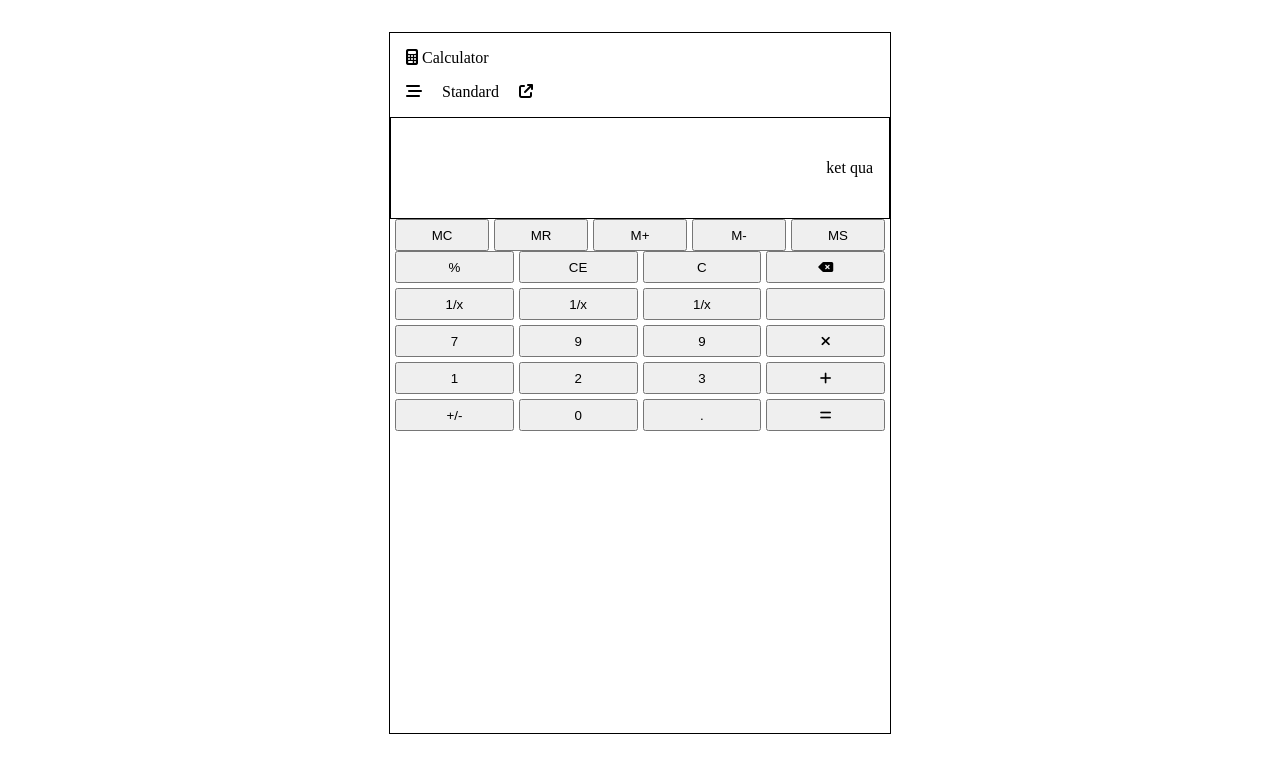
Repository: tungts3qb/Javascript
Page: Calculator/Calculator.html
An editor plug-in stored every save of this project. The page is shown before and after the next save, followed by the edit.
The browser window is 1280 px wide. The pictures show the whole page.

Above is the page before, as saved 2022-12-26 17:00:57.

### Calculator/Calculator.html
<!DOCTYPE html>
<html lang="en">
  <head>
    <meta charset="UTF-8" />
    <meta http-equiv="X-UA-Compatible" content="IE=edge" />
    <meta name="viewport" content="width=device-width, initial-scale=1.0" />
    <link rel="stylesheet" href="./style.css" />
    <link
      rel="stylesheet"
      href="https://cdnjs.cloudflare.com/ajax/libs/font-awesome/6.2.1/css/all.min.css"
      integrity="sha512-MV7K8+y+gLIBoVD59lQIYicR65iaqukzvf/nwasF0nqhPay5w/9lJmVM2hMDcnK1OnMGCdVK+iQrJ7lzPJQd1w=="
      crossorigin="anonymous"
      referrerpolicy="no-referrer"
    />
    <title>Calculator</title>
  </head>
  <body>
    <div class="calculator">
      <div class="calculator-header">
        <i class="fa-solid fa-calculator"></i>
        <span>Calculator</span>
      </div>
      <div class="calculator-nav">
        <i class="fa-solid fa-bars-staggered"></i>
        <span>Standard</span>
        <i class="fa-solid fa-arrow-up-right-from-square"></i>
      </div>
      <div class="caculator-result"><span>ket qua</span></div>
      <div class="calculator-special-function">
        <ul>
          <li><button class="btn-special-fun">MC</button></li>
          <li><button class="btn-special-fun">MR</button></li>
          <li><button class="btn-special-fun">M+</button></li>
          <li><button class="btn-special-fun">M-</button></li>
          <li><button class="btn-special-fun">MS</button></li>
        </ul>
      </div>
      <div class="calculator-buttons">
        <button class="calculator-button">%</button>
        <button class="calculator-button">CE</button>
        <button class="calculator-button">C</button>
        <button class="calculator-button">
          <i class="fa-solid fa-delete-left"></i>
        </button>
        <button class="calculator-button">1/x</button>
        <button class="calculator-button">1/x</button>
        <button class="calculator-button">1/x</button>
        <button class="calculator-button">
          <i class="fas fa-buttonide"></i>
        </button>
        <button class="calculator-button">7</button>
        <button class="calculator-button">9</button>
        <button class="calculator-button">9</button>
        <button class="calculator-button"><i class="fas fa-times"></i></button>
        <button class="calculator-button">1</button>
        <button class="calculator-button">2</button>
        <button class="calculator-button">3</button>
        <button class="calculator-button"><i class="fas fa-plus"></i></button>
        <button class="calculator-button">+/-</button>
        <button class="calculator-button">0</button>
        <button class="calculator-button">.</button>
        <button class="calculator-button"><i class="fas fa-equals"></i></button>
      </div>
    </div>
    <script src="./script.js"></script>
  </body>
</html>

### Calculator/style.css
.calculator {
  width: 500px;
  height: 700px;
  border: 1px solid black;
  margin: 2rem auto;
}

.calculator-header {
  margin-top: 1rem;
  padding-left: 1rem;
}

.calculator-nav {
  padding-left: 1rem;
  margin-top: 1rem;
}

.calculator-nav span {
  margin-left: 1rem;
  margin-right: 1rem;
}

.caculator-result {
  border: 1px solid black;
  margin-top: 1rem;
  height: 100px;
  display: flex;
  justify-content: flex-end;
  align-items: center;
}

.caculator-result span {
  display: block;
  margin-right: 1rem;
}

.calculator-special-function ul {
  width: 100%;
  padding-left: 0;
  list-style: none;
  display: flex;
  margin-top: 0;
  justify-content: space-between;
  align-items: center;
  margin-left: 0;
  gap: 5px;
  margin-bottom: 0;
}

.calculator-special-function li {
  height: 2rem;
  width: calc((100% / 5));
  /* padding: ; */
}

.calculator-special-function li:first-child {
  margin-left: 5px;
}
.calculator-special-function li:last-child {
  margin-right: 5px;
}

.btn-special-fun {
  height: 100%;
  width: 100%;
}

.calculator-buttons {
  display: grid;
  grid-template-columns: repeat(4, 1fr);
  grid-column-gap: 5px;
  grid-row-gap: 5px;
  padding-left: 5px;
  padding-right: 5px;
}

.calculator-button {
  height: 2rem;
}

Loaded but not shown: Calculator/script.js (no stored copy; drawn as an empty file)

After the next save:
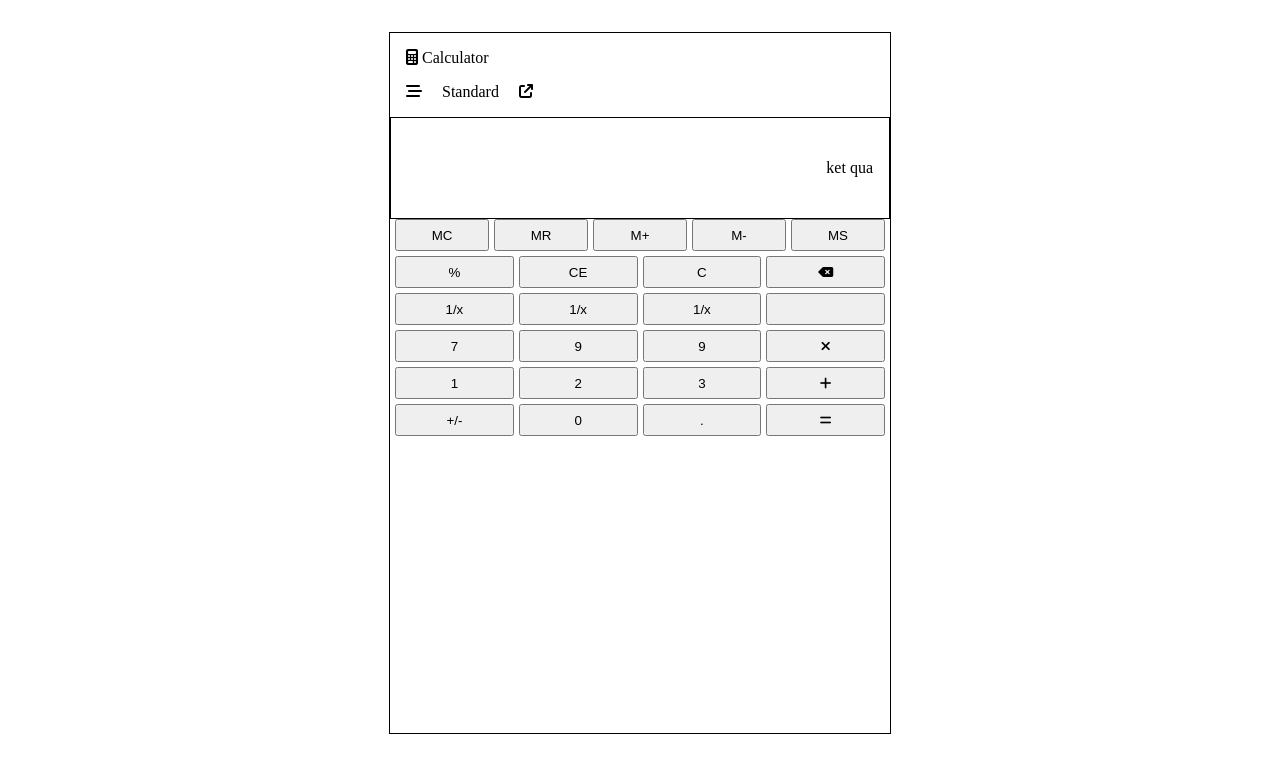
Saved 8 s later.
--- a/Calculator/style.css
+++ b/Calculator/style.css
@@ -44,7 +44,7 @@
   align-items: center;
   margin-left: 0;
   gap: 5px;
-  margin-bottom: 0;
+  margin-bottom: 5px;
 }
 
 .calculator-special-function li {
